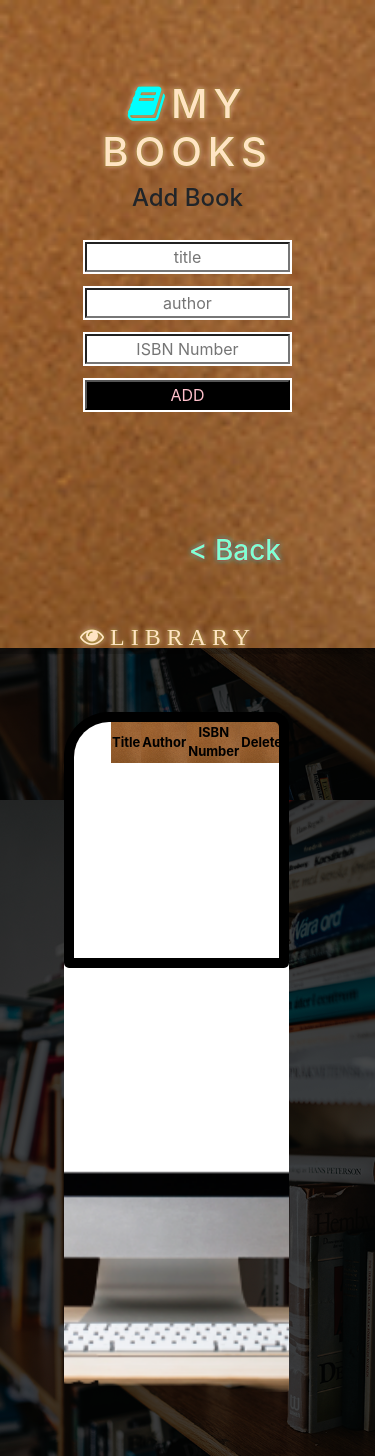
Repository: CSituma/Home-Library-App
Page: libu.html
An editor plug-in stored every save of this project. The page is shown before and after the next save, followed by the edit.
The browser window is 375 px wide. The pictures show the whole page.
Backgrounds fixed to the window are drawn as part of the page. Some web libraries are served in a nearby version.

Above is the page before, as saved 2020-11-10 22:20:22.

After the next save:
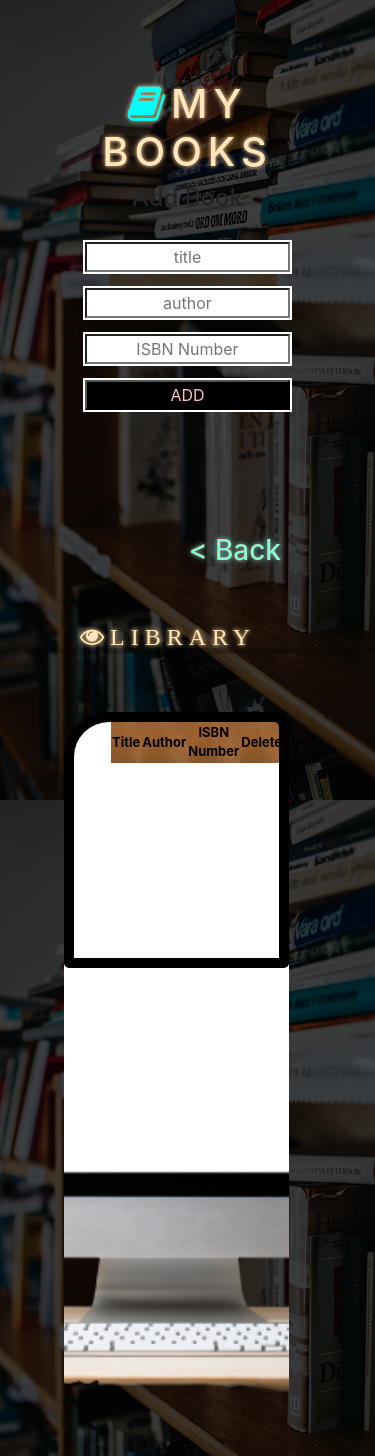
Saved 11 min 44 s later.
--- a/style.css
+++ b/style.css
@@ -253,6 +253,7 @@ table{
 }
 .js{
   width:100%;
+  background: none;
   padding: 0 5em;
  }
 
